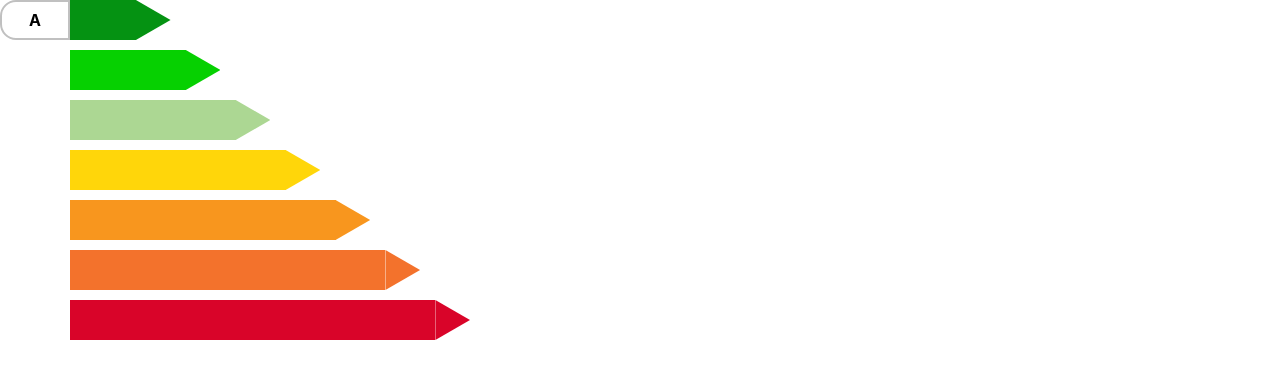
Repository: abdouAppcraft/Predict-DPE
Page: /result
An editor plug-in stored every save of this project. The page is shown before and after the next save, followed by the edit.
The browser window is 1280 px wide. The pictures show the whole page.
The project was rebuilt for these pictures with package versions that can differ from the ones it lists, and the page was loaded fresh each time. Also part of the build but not shown: src/hooks/useDpeOptions.tsx, src/strings/string.ts, src/utils/computeData.ts, src/screens/Result/ResultGES.tsx, src/screens/PredictForm/PredictForm.tsx.

Above is the page before, as saved 2024-06-12 12:00:33.

### src/App.tsx
import React from "react";
import PredictForm from "./screens/PredictForm/PredictForm";
import { createBrowserRouter, RouterProvider } from "react-router-dom";
import ResultDPE from "./screens/Result/ResultDPE";

const router = createBrowserRouter([
  {
    path: "/",
    Component: PredictForm,
  },
  {
    path: "/result",
    Component: ResultDPE,
  },
]);

const App: React.FC = () => {
  return (
    <>
      <RouterProvider router={router} />
    </>
  );
};

export default App;

### src/screens/Result/ResultDPE.tsx
import React from "react";
import "./Result.css";
import { DpeGesType } from "../PredictForm/PredictForm";

interface Props extends Partial<DpeGesType> {}

const letter = [
  { label: "A", color: "#d90429" },
  { label: "B", color: "#f3722c" },
  { label: "G", color: "#f8961e" },
  { label: "C", color: "#ffd60a" },
  { label: "D", color: "#ACD793" },
  { label: "E", color: "#06D001" },
  { label: "F", color: "#059212" },
];
const height = 40;

const ResultGES: React.FC<Props> = (props) => {
  const currentResult = letter[props.Etiquette_DPE || 0];
  return (
    <div style={{ display: "flex", justifyItems: "center" }}>
      <div
        style={{
          display: "flex",
          flexDirection: "column",
          justifyContent: "space-between",
        }}
      >
        {letter.map((l) => {
          const isCurrent = currentResult === l;
          return (
            <div
              style={{
                height: height,
                border: isCurrent ? "2px solid silver" : "",
                boxSizing: "border-box",
                width: 70,
                borderTopLeftRadius: "1rem",
                borderBottomLeftRadius: "1rem",
                alignContent: "center",
                textAlign: "center",
                fontSize: "1rem",
                fontWeight: "bold",
                backgroundColor: isCurrent ? "white" : "",
              }}
            >
              {isCurrent && l.label}
            </div>
          );
        })}
      </div>
      <div
        style={{
          flex: 1,
          maxWidth: height * 10,
          display: "flex",
          flexDirection: "column-reverse",
          gap: height / 4,
        }}
      >
        {letter.map((l, index) => (
          <ResultItem {...l} flex={(letter.length - index) / letter.length} />
        ))}
      </div>
    </div>
  );
};

export default ResultGES;

const ResultItem: React.FC<{ flex: number; color: string }> = ({
  flex,
  color,
}) => {
  return (
    <div>
      <div style={{ display: "flex", height }}>
        <div
          style={{
            flex,
            backgroundColor: color,
            placeContent: "center",
            fontWeight: "bold",
            color: "white",
            padding: ".5rem",
          }}
        ></div>
        <div style={{ backgroundColor: color }} className=" triangle"></div>
      </div>
    </div>
  );
};

### src/screens/PredictForm/PredictForm.css
:root{
    --primary-color : #4CAF50;
}

.predict-form {
    margin: 0;
    background-color: #f4f4f9;
    border-radius: 10px;
    box-shadow: 0 0 10px rgba(0, 0, 0, 0.1);
    font-family: Arial, sans-serif;
    display: grid;
    gap: 1rem;
    height: 100vh;
    text-overflow: ellipsis;
    overflow:hidden;
    @media (max-width:600px) {
        grid-template-rows: 50% 50%
    }

    @media (min-width:600px) {

        grid-template-columns: repeat(2, 1fr);
    }


    section:first-child {
        overflow-y: auto;

        padding: 1rem;
    };
    section:last-child {
        overflow-y: auto;
        flex: 1;


    };

    .result-container {
        border: solid var(--primary-color) ;
        margin: 1rem;
    }

    .result-title{
            padding: 1rem;
            background-color: var(--primary-color);
            color: white;
    }

    .result-prediction {
        padding: 1rem;
        display: grid;
        gap: 1rem;
        @media (min-width:1200px) {

            grid-template-columns: repeat(2, 1fr);
        }
    }

    .result-DPE.title {
        color: teal;
    }


    h1 {
        text-align: center;
    };

    .form-group {
        margin-bottom: 15px;

        label {
            display: block;
            margin-bottom: 5px;
            color: #333;
        };

        input, select {
            width: calc(100% - 20px);
            padding: 10px;
            border: 1px solid #ccc;
            border-radius: 5px;
            font-size: 16px;
        }
    };

    .submit-btn {
        width: 100%;
        padding: 10px;
        background-color: #4CAF50;
        color: white;
        border: none;
        border-radius: 5px;
        font-size: 16px;
        cursor: pointer;
        transition: background-color 0.3s ease;

        &:hover {
            background-color: #45a049;
        }
    }

    h2 {
        text-align: center;
    }



}

*{
    box-sizing: border-box;
}

### src/screens/Result/Result.css
/* HTML: <div class="triangle"></div> */
.shape {
    background: linear-gradient(45deg,#FA6900,#C02942);

}

.triangle {
    aspect-ratio: cos(30deg);
    clip-path: polygon(0 0,100% 50%,0 100%);
  }

Loaded but not shown: public/index.html (common file); src/index.tsx (common file); src/index.css (common file); src/reportWebVitals.ts (common file)

After the next save:
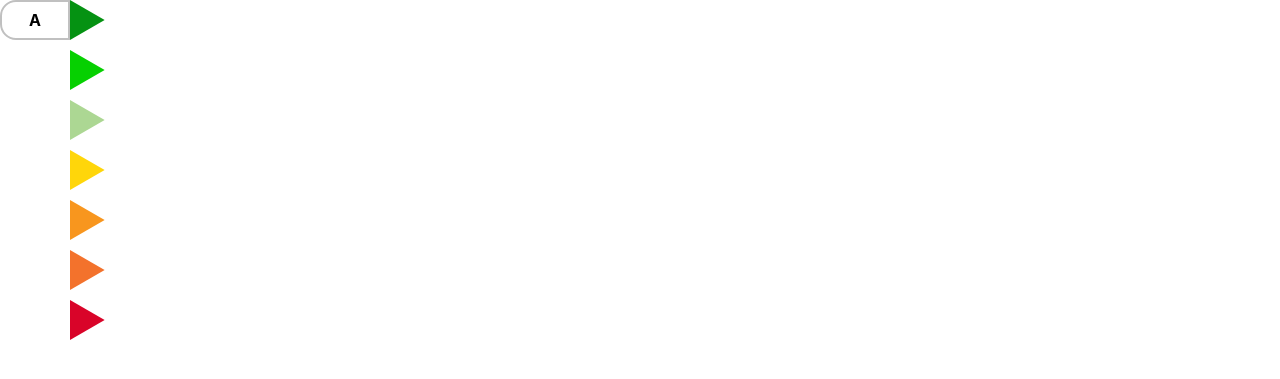
Saved 15 s later.
--- a/src/screens/Result/ResultDPE.tsx
+++ b/src/screens/Result/ResultDPE.tsx
@@ -75,16 +75,7 @@
   return (
     <div>
       <div style={{ display: "flex", height }}>
-        <div
-          style={{
-            flex,
-            backgroundColor: color,
-            placeContent: "center",
-            fontWeight: "bold",
-            color: "white",
-            padding: ".5rem",
-          }}
-        ></div>
+        <div></div>
         <div style={{ backgroundColor: color }} className=" triangle"></div>
       </div>
     </div>

After the save that followed:
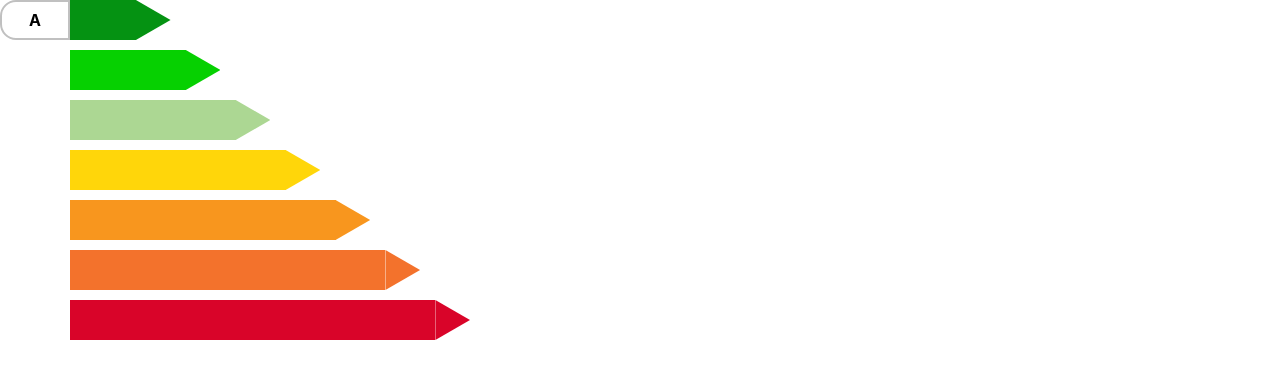
Saved 6 s later.
--- a/src/screens/Result/ResultDPE.tsx
+++ b/src/screens/Result/ResultDPE.tsx
@@ -75,7 +75,16 @@
   return (
     <div>
       <div style={{ display: "flex", height }}>
-        <div></div>
+        <div
+          style={{
+            flex,
+            backgroundColor: color,
+            placeContent: "center",
+            fontWeight: "bold",
+            color: "white",
+            padding: ".5rem",
+          }}
+        ></div>
         <div style={{ backgroundColor: color }} className=" triangle"></div>
       </div>
     </div>
